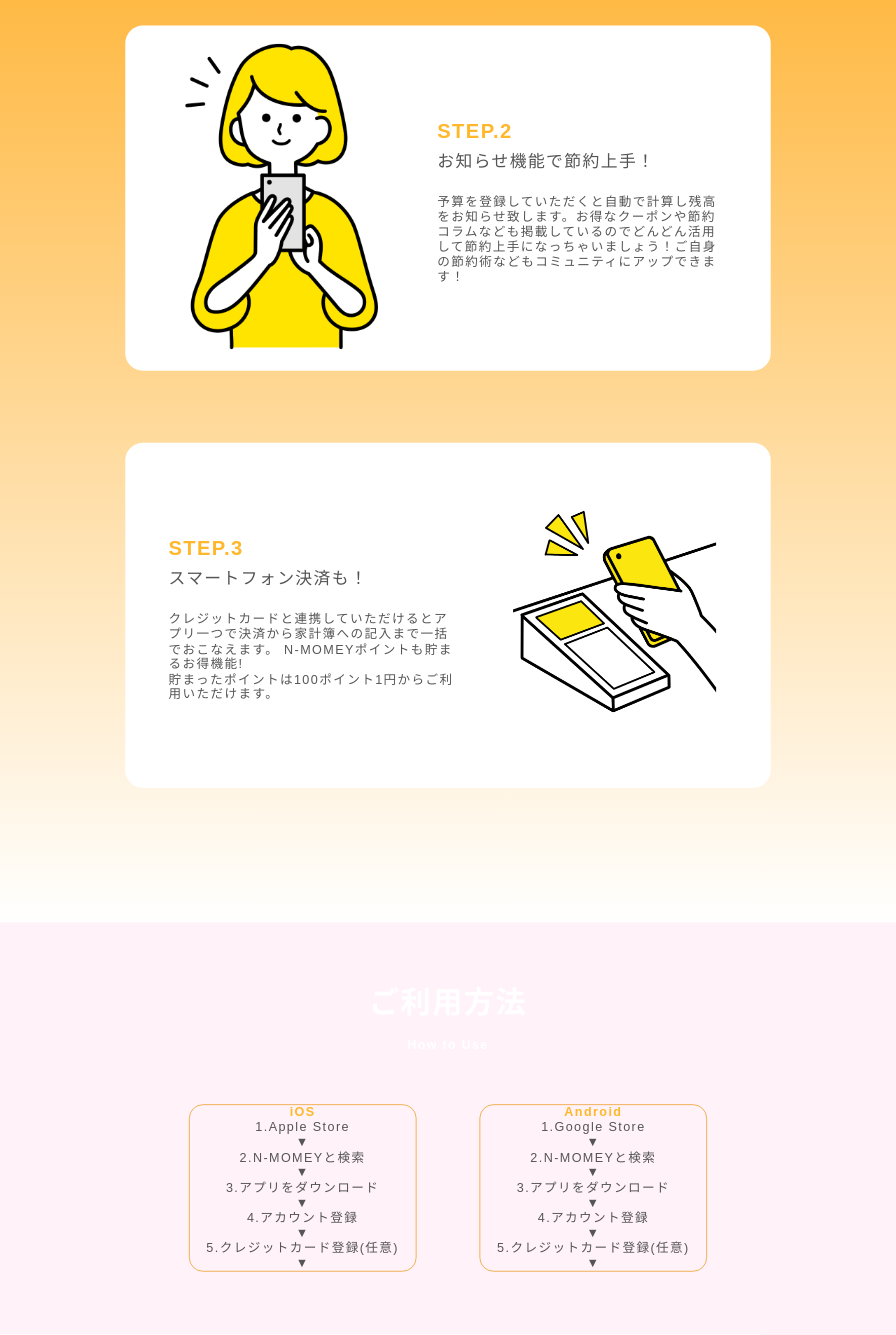
Repository: nozomi-23/lp2_test
Page: index.html
An editor plug-in stored every save of this project. The page is shown before and after a run of saves, followed by the edit.
The browser window is 1280 px wide. The pictures show the part of the page from y = 1861 to 3781 px (the page is 3768 px tall before and 3781 px after), at 70% of full size.
Some web fonts or font styles are not loaded; a fallback is used.

Above is the page before, as saved 2022-06-18 15:31:13.

After the next 2 saves:
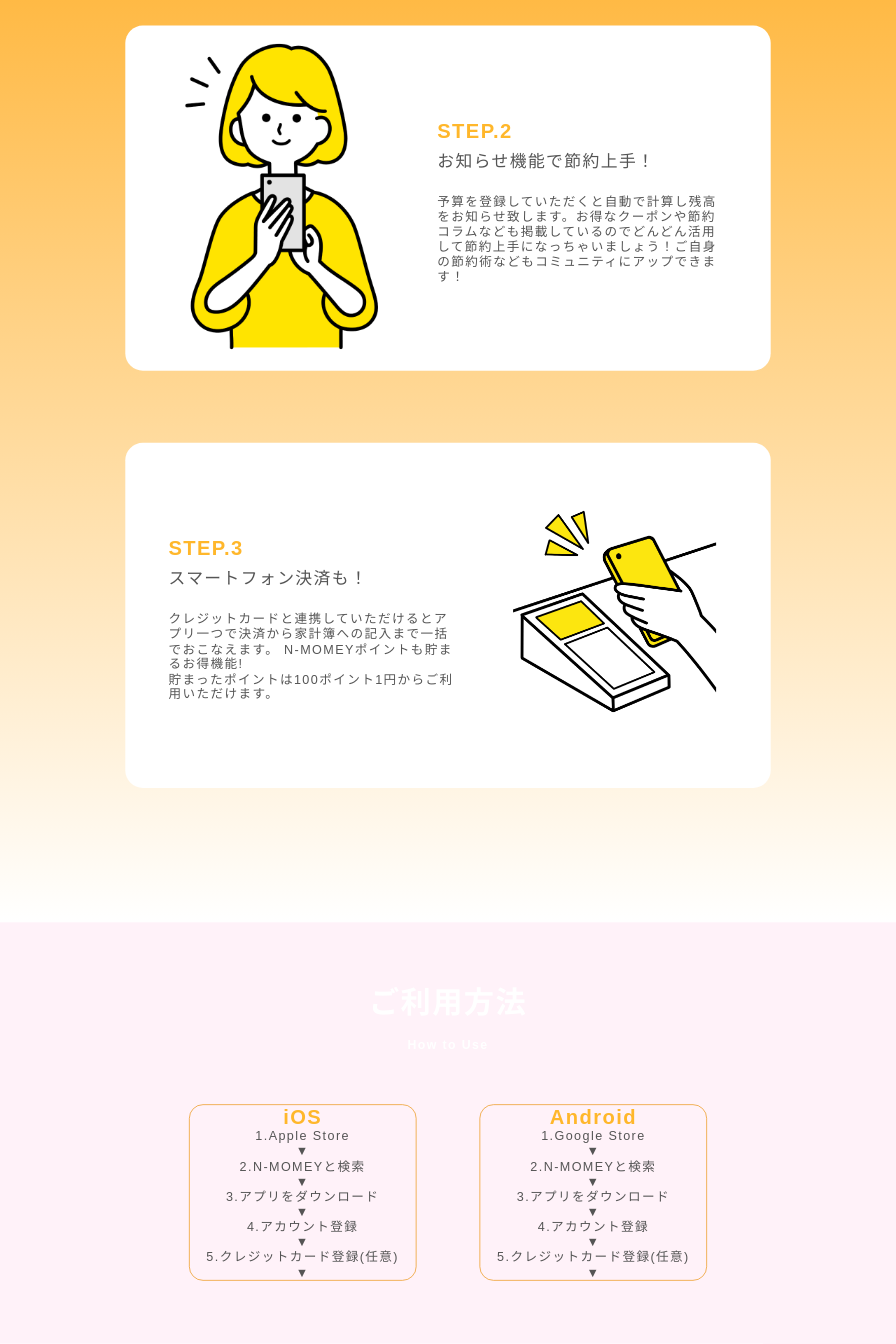
The 2 saves are shown as one change because they came seconds apart.
The last was saved 51 s later.
--- a/css/common.css
+++ b/css/common.css
@@ -232,4 +232,5 @@ how
 }
 .how_wrapper_item h5{
   color: #FFB72B;
-}
+  font-size: 1.8rem;
+}
